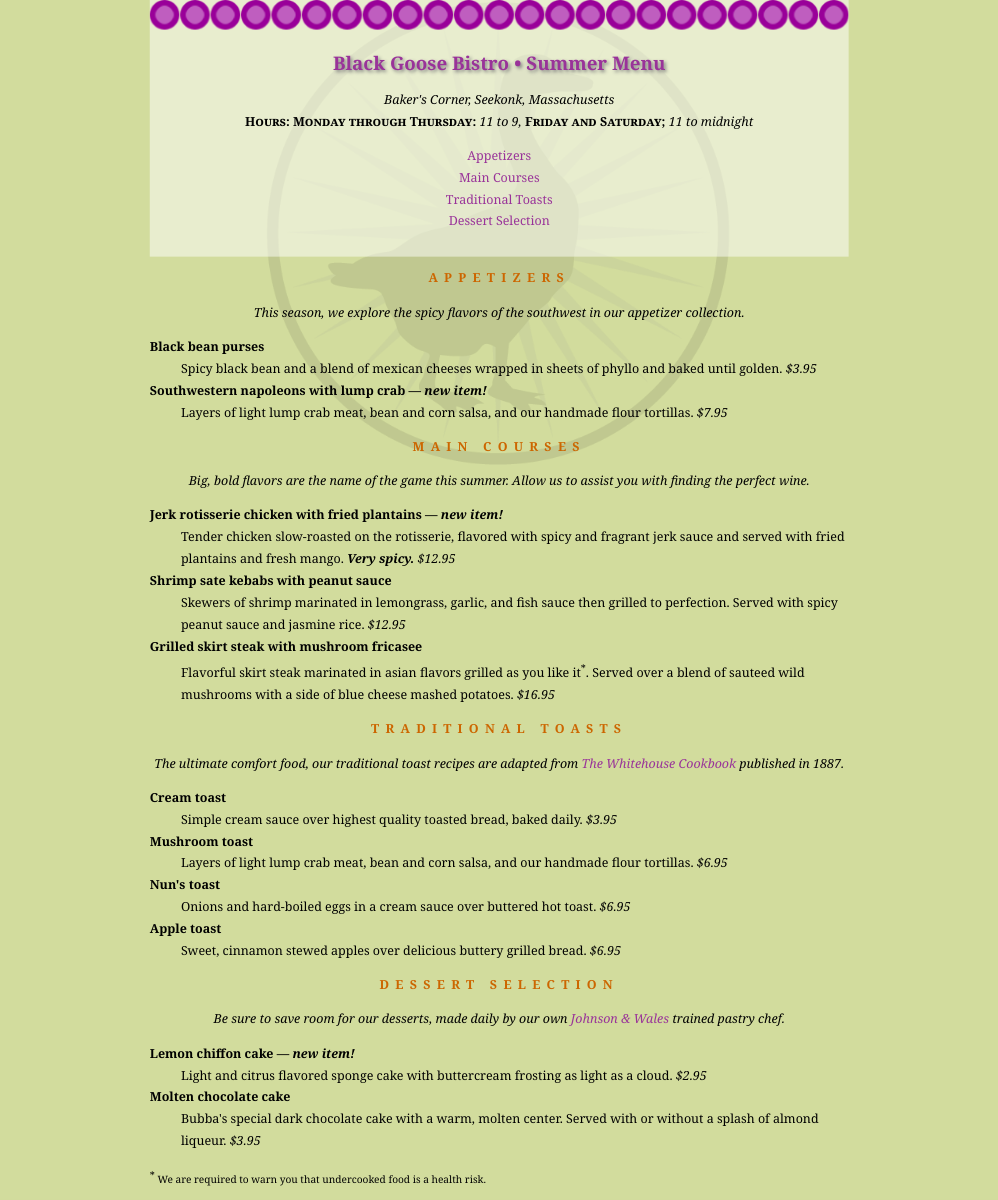
Repository: Colo-Codes/code-practice
Page: 02-css-practice-3.html
An editor plug-in stored every save of this project. The page is shown before and after the next save, followed by the edit.
The browser window is 1280 px wide. The pictures show the whole page, at 78% of full size.
Some web fonts or font styles are not loaded; a fallback is used.

Above is the page before, as saved 2021-05-06 13:25:37.

### 02-css-practice-3.html
<!DOCTYPE html >
<html>

<head>
<meta charset="utf-8">
<title>Black Goose Bistro Summer Menu</title>
<link href='http://fonts.googleapis.com/css?family=Marko+One' rel='stylesheet' type='text/css'>
<style>
body {
  font-family: Georgia, serif;
  font-size: 100%;
  line-height: 175%;
  margin: 0 15% 0;
  background-color: #d2dc9d;
  /* background-image: url(./assets/img/bullseye.png);
  background-position: center 200px; */
  background-image: url(./assets/img/blackgoose.png);
  background-repeat: no-repeat;
  background-position: center top;
}
header {
  margin-top: 0;
  padding: 3em 1em 2em 1em;
  text-align: center;
  background-color: rgba(255, 255, 255, .5);
  background-image: url(./assets/img/purpledot.png);
  background-repeat: space no-repeat;
  background-position: center top;
}

/* For link, the order is important */
a {
  text-decoration: none;
  color: #939;
}
a:visited {
  color: #937393;
}
a:focus {
  color: #c700f2;
  background-color: #fff;
}
a:hover {
  color: #c700f2;
  background-color: #fff;
}
a:active {
  color: #f0f;
  background-color: rgba(255, 255, 255, .5);
}


h1 {
  font: bold 1.5em Georgia, serif;
  text-shadow: .1em .1em .2em gray;
  color: #939;
}
h2 {
  font-size: 1em;
  text-transform: uppercase;
  letter-spacing: .5em;
  text-align: center;
  color: #c60;
}
dt {
  font-weight: bold;
}
strong {
  font-style: italic;
}
ul {
	list-style-type: none;
	margin: 0;
	padding: 0;
}
#info p {
  font-style: italic;
}
.price {
  font-family: Georgia, serif;
  font-style: italic;
}
p.warning, sup {
  font-size: small;
}
.label {
  font-weight: bold;
  font-variant: small-caps;
  font-style: normal;
}

h2 + p {
  text-align: center;
  font-style: italic;
}


</style>
</head>

<body>

<header>
<h1>Black Goose Bistro &bull; Summer Menu</h1>

<div id="info">
<p>Baker's Corner, Seekonk, Massachusetts<br>
<span class="label">Hours: Monday through Thursday:</span> 11 to 9, <span class="label">Friday and Saturday;</span> 11 to midnight</p>
<ul>
<li><a href="#appetizers">Appetizers</a></li>
<li><a href="#entrees">Main Courses</a></li>
<li><a href="#toast">Traditional Toasts</a></li>
<li><a href="#dessert">Dessert Selection</a></li>
</ul>
</div>
</header>

<section id="appetizers">
<h2>Appetizers</h2>
<p>This season, we explore the spicy flavors of the southwest in our appetizer collection.</p>

<dl>
<dt>Black bean purses</dt>
<dd>Spicy black bean and a blend of mexican cheeses wrapped in sheets of phyllo and baked until golden. <span class="price">$3.95</span></dd>

<dt class="newitem">Southwestern napoleons with lump crab &mdash; <strong>new item!</strong></dt>
<dd>Layers of light lump crab meat, bean and corn salsa, and our handmade flour tortillas. <span class="price">$7.95</span></dd>
</dl>
</section>

<section id="entrees">

<h2>Main courses</h2>
<p>Big, bold flavors are the name of the game this summer. Allow us to assist you with finding the perfect wine.</p>


<dl>

<dt class="newitem">Jerk rotisserie chicken with fried plantains &mdash; <strong>new item!</strong></dt>
<dd>Tender chicken slow-roasted on the rotisserie, flavored with spicy and fragrant jerk sauce and served with fried plantains and fresh mango. <strong>Very spicy.</strong> <span class="price">$12.95</span></dd>

<dt>Shrimp sate kebabs with peanut sauce</dt>
<dd>Skewers of shrimp marinated in lemongrass, garlic, and fish sauce then grilled to perfection. Served with spicy peanut sauce and jasmine rice. <span class="price">$12.95</span></dd>

<dt>Grilled skirt steak with mushroom fricasee</dt>
<dd>Flavorful skirt steak marinated in asian flavors grilled as you like it<sup>*</sup>. Served over a blend of sauteed wild mushrooms with a side of blue cheese mashed potatoes. <span class="price">$16.95</span></dd>
</dl>

</section>

<section id="toast">
<h2>Traditional Toasts</h2>
<p>The ultimate comfort food, our traditional toast recipes are adapted from <a href="http://www.gutenberg.org/files/13923/13923-h/13923-h.htm"><cite>The Whitehouse Cookbook</cite></a> published in 1887.</p>

<dl>
<dt>Cream toast</dt>
<dd>Simple cream sauce over highest quality toasted bread, baked daily. <span class="price">$3.95</span></dd>

<dt>Mushroom toast</dt>
<dd>Layers of light lump crab meat, bean and corn salsa, and our handmade flour tortillas. <span class="price">$6.95</span></dd>

<dt>Nun's toast</dt>
<dd>Onions and hard-boiled eggs in a cream sauce over buttered hot toast. <span class="price">$6.95</span></dd>

<dt>Apple toast</dt>
<dd>Sweet, cinnamon stewed apples over delicious buttery grilled bread. <span class="price">$6.95</span></dd>
</dl>
</section>

<section id="dessert">
<h2>Dessert Selection</h2>
<p>Be sure to save room for our desserts, made daily by our own <a href="http://www.jwu.edu/college.aspx?id=19510">Johnson & Wales</a> trained pastry chef.</p>

<dl>
<dt class="newitem">Lemon chiffon cake &mdash; <strong>new item!</strong></dt>
<dd>Light and citrus flavored sponge cake with buttercream frosting as light as a cloud. <span class="price">$2.95</span></dd>

<dt class="newitem">Molten chocolate cake</dt>
<dd>Bubba's special dark chocolate cake with a warm, molten center. Served with or without a splash of almond liqueur. <span class="price">$3.95</span></dd>
</dl>
</section>

<footer>
<p class="warning"><sup>*</sup> We are required to warn you that undercooked food is a health risk.</p>
</footer>

</body>
</html>

After the next save:
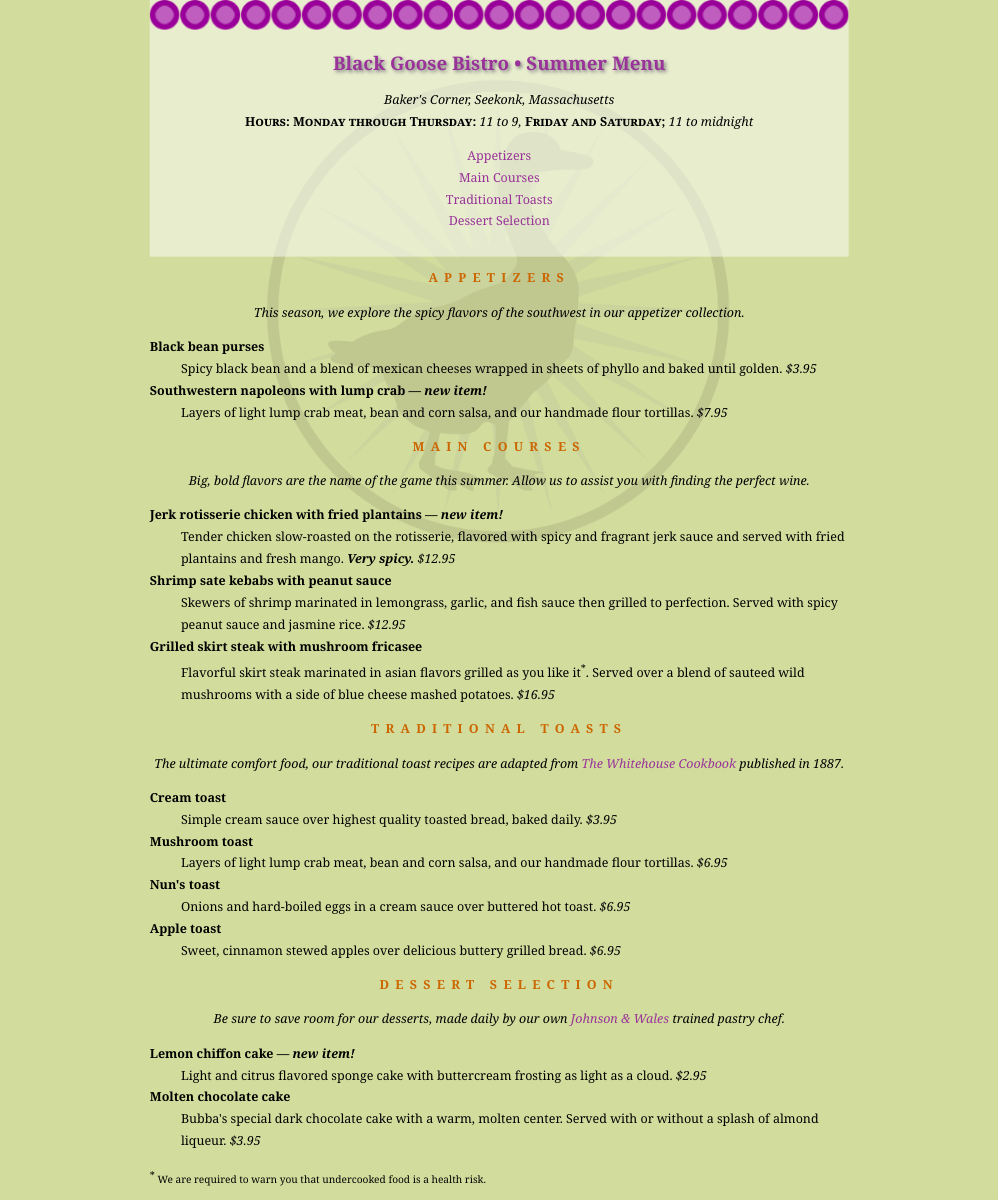
Saved 30 s later.
--- a/02-css-practice-3.html
+++ b/02-css-practice-3.html
@@ -16,7 +16,7 @@ body {
   background-position: center 200px; */
   background-image: url(./assets/img/blackgoose.png);
   background-repeat: no-repeat;
-  background-position: center top;
+  background-position: center 100px;
 }
 header {
   margin-top: 0;
